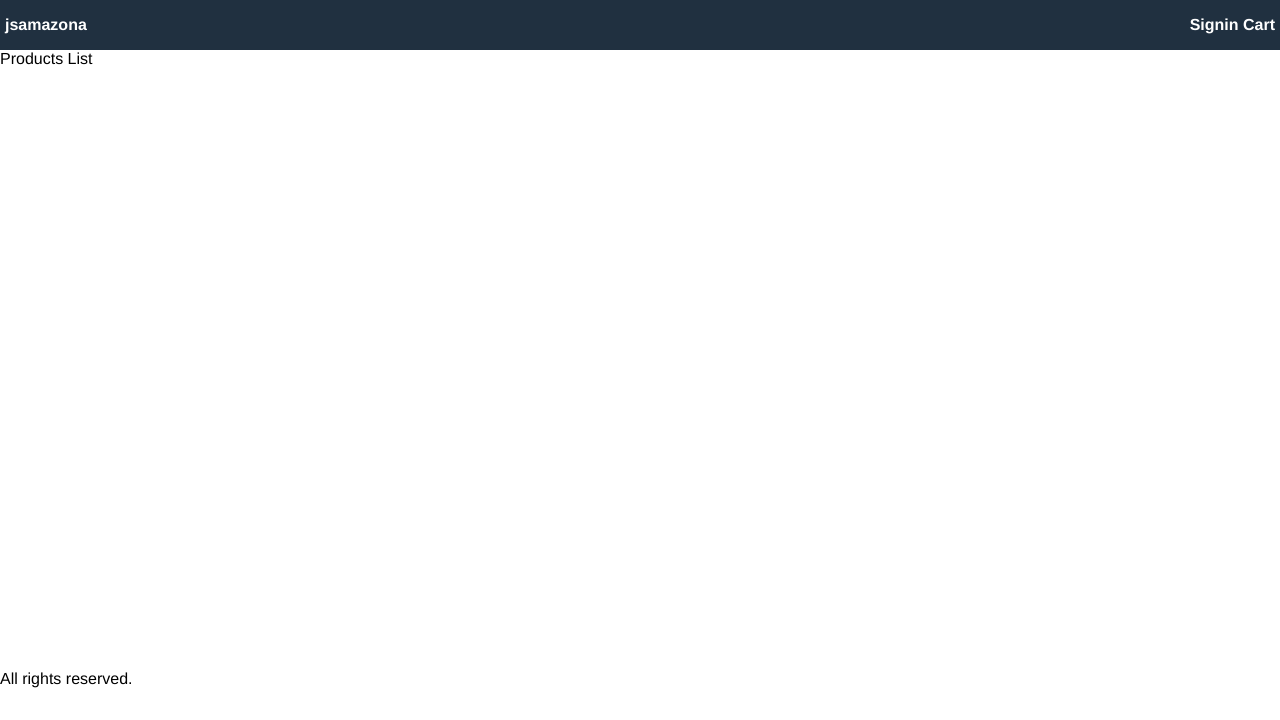
Repository: Mardoqueu/ecommerce-website
Page: jsamazona/frontend/src/index.html
These files come from the project's save history. The page is drawn as it stood at one moment and after the next save; the edit follows.
The browser window is 1280 px wide. The pictures show the whole page.

Above is the page before, as saved 2022-09-12 10:07:12.

After the next save:
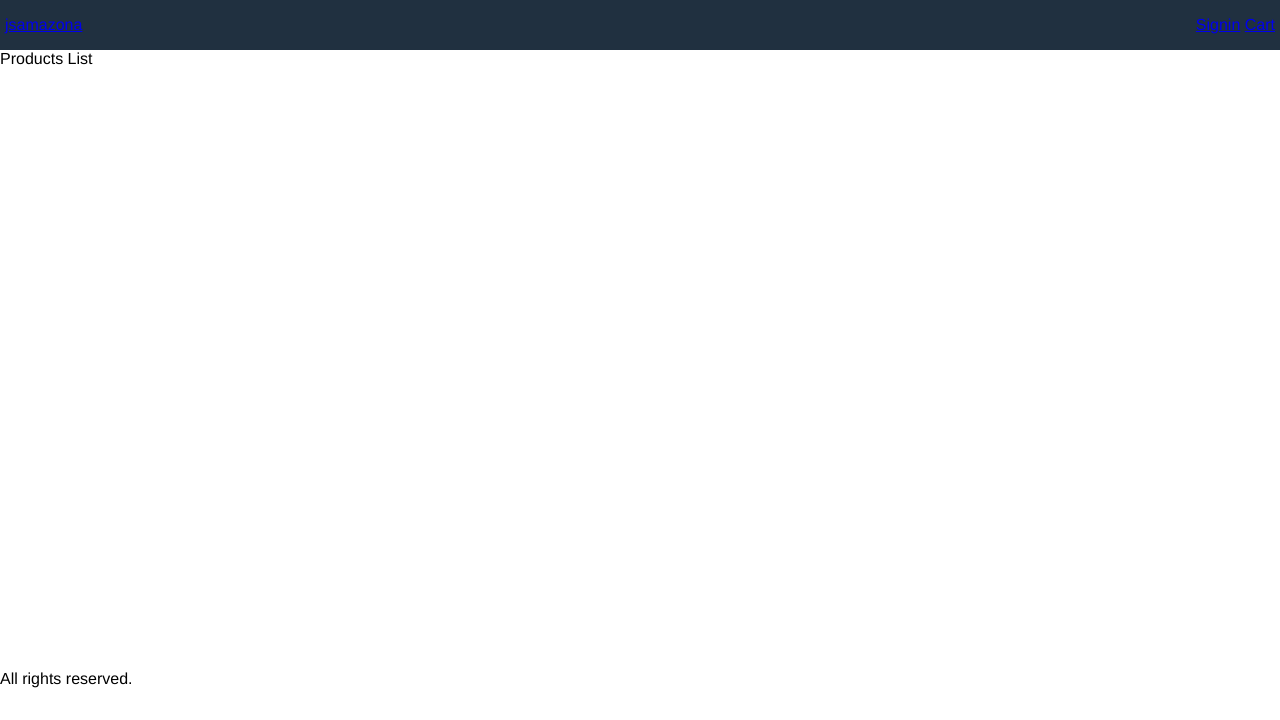
Saved 32 s later.
--- a/jsamazona/frontend/src/style.css
+++ b/jsamazona/frontend/src/style.css
@@ -30,7 +30,7 @@
     padding: 0.5rem;
   }
 
-  header a {
+  .header a {
     color: white;
     font-weight: bold;
     text-decoration: none;
